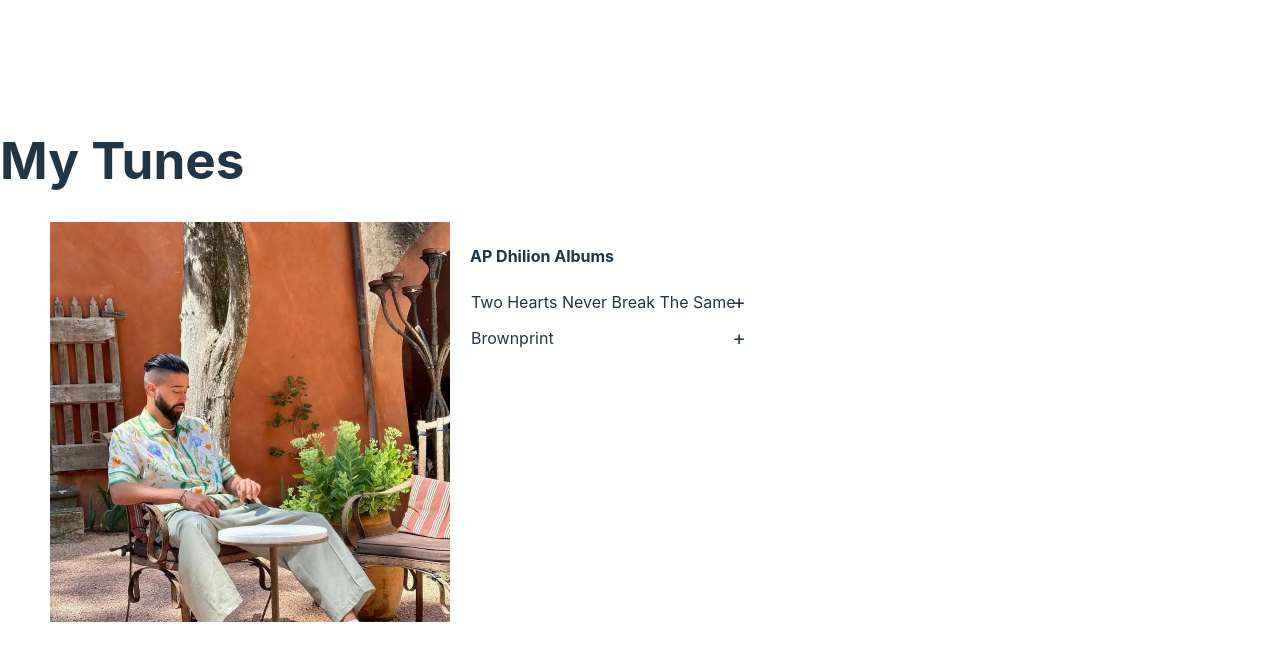
Repository: GavinPahal/my_app
Page: / (app in react/)
The author's editor kept a copy of each file at every save. The page is drawn from the files as they stood at one save, then again after a run of saves.
The browser window is 1280 px wide. The pictures show the whole page.
The project was rebuilt for these pictures with package versions that can differ from the ones it lists, and the page was loaded fresh each time. Also part of the build but not shown: react/vite.config.js.

Above is the page before, as saved 2024-09-15 18:18:51.

### react/src/App.jsx
import { useState } from 'react'
import ap from '/Untitled-34.jpg'
import './App.css'

function App() {
  return (
    <>
    <h1 className='heading'>My Tunes</h1>
    <div className="container">
      <img src={ap} alt="Vite logo" width={400} height={400}/>
      <div className="album">
      <h4 className='ap'>AP Dhilion Albums</h4>
        <details name="reqs">
          <summary>Two Hearts Never Break The Same</summary>
          <ol>
            <li>All Night(Live)</li>
            <li>Hills</li>
            <li>SummerHigh</li>
            <li>Wo Noor</li>
            <li>Dil Nu</li>
          </ol>
        </details>
        <details name="reqs">
          <summary>Brownprint</summary>
          <ol>
            <li>Brownprint</li>
            <li>315</li>
            <li>Old Money</li>
            <li>Losing Myself</li>
            <li>Distance</li>
            <li>After Midnight</li>
            <li>Bora Bora</li>
            <li>Sweet Flower</li>
            <li>To Be Contuined</li>
          </ol>
        </details>
      </div>
    </div>
    </>
  )
}

export default App

### react/src/App.css
.container {
  display: flex;
  justify-content: center;
  align-items: flex-start;
  margin-top: 20px;
  margin-left: 50px;
}

.title {
  font-size: 32px;
  font-weight: bold;
  margin-bottom: 20px;
  text-align: center;
}

.subheading {
  font-size: 24px;
  font-weight: bold;
  margin-bottom: 10px;
}

img {
  margin-right: 20px;
}

.album {
  display: flex;
  flex-direction: column;
  max-width: 400px;
}

details {
  margin-bottom: 10px;
  border: 1px solid #fefefe;
  border-radius: 0 0 8px 8px;
  background-color: #ffffff;
  position: relative;
}

summary {
  cursor: pointer;
  position: relative;
  padding-right: 20px;
  list-style: none;
}

summary:hover {
  color: #282828;
}

details[open] summary {
  color: #383838;
}

summary::after {
  content: '+';
  position: absolute;
  right: 0;
  font-size: 20px;
  top: 0;
  bottom: 0;
  display: flex;
  align-items: center;
  padding-right: 10px;
  transition: transform 0.3s ease;
}

details[open] summary::after {
  transform: rotate(45deg);
}

ol {
  padding-left: 20px;
  margin: 10px 0;
  list-style: decimal;
}

details[open] summary::after {
  content: '-';
  position: absolute;
}

Loaded but not shown: react/index.html (common file); react/src/main.jsx (common file); react/src/index.css (common file)

After the next 3 saves:
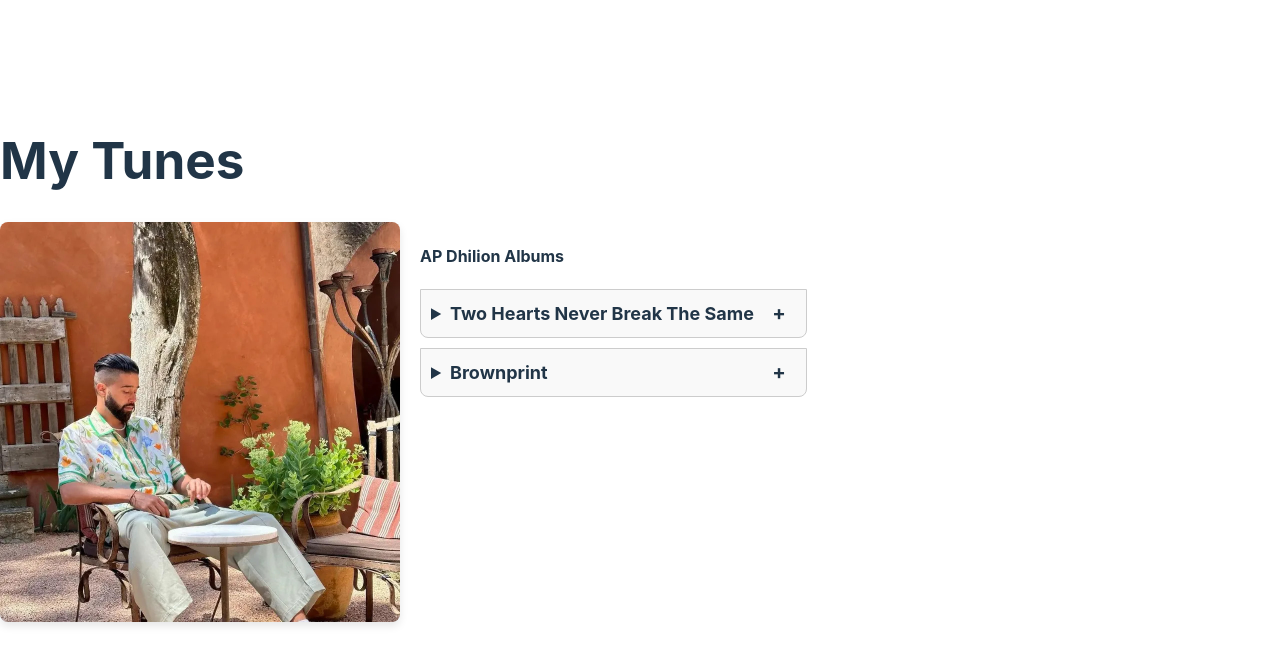
The 3 saves are shown as one change because they came seconds apart.
The last was saved 34 s later.
--- a/react/src/App.css
+++ b/react/src/App.css
@@ -3,7 +3,6 @@
   justify-content: center;
   align-items: flex-start;
   margin-top: 20px;
-  margin-left: 50px;
 }
 
 .title {
@@ -20,6 +19,8 @@
 }
 
 img {
+  border-radius: 8px;
+  box-shadow: 0 4px 8px rgba(0, 0, 0, 0.1);
   margin-right: 20px;
 }
 
@@ -30,26 +31,29 @@
 }
 
 details {
+  width: 100%;
   margin-bottom: 10px;
-  border: 1px solid #fefefe;
-  border-radius: 0 0 8px 8px;
-  background-color: #ffffff;
-  position: relative;
+  border: 1px solid #ccc;
+  border-radius: 0 0 8px 8px; /* Only bottom corners are rounded */
+  padding: 10px;
+  background-color: #f9f9f9;
+  position: relative; /* Necessary for placing the plus sign */
 }
 
 summary {
+  font-size: 18px;
+  font-weight: bold;
   cursor: pointer;
   position: relative;
-  padding-right: 20px;
-  list-style: none;
+  padding-right: 20px; /* Create space for the plus/minus sign */
 }
 
 summary:hover {
-  color: #282828;
+  color: #007bff;
 }
 
 details[open] summary {
-  color: #383838;
+  color: #007bff;
 }
 
 summary::after {
@@ -62,11 +66,11 @@
   display: flex;
   align-items: center;
   padding-right: 10px;
-  transition: transform 0.3s ease;
+  transition: content 0.3s ease;
 }
 
 details[open] summary::after {
-  transform: rotate(45deg);
+  content: '-';
 }
 
 ol {
@@ -74,8 +78,3 @@
   margin: 10px 0;
   list-style: decimal;
 }
-
-details[open] summary::after {
-  content: '-';
-  position: absolute;
-}
